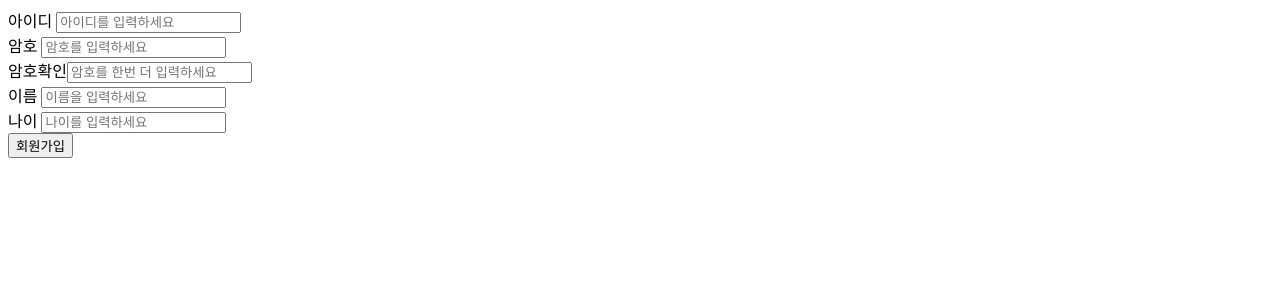
Repository: BangHoJung/jsp
Page: http://localhost/BoardProject_0105__/member/register.jsp
These files come from the project's save history. The page is drawn as it stood at one moment and after the next save; the edit follows.
The browser window is 1280 px wide. The pictures show the whole page.
The page is served by Tomcat 9. Other server files are loaded and not shown.

Above is the page before, as saved 2020-12-29 07:42:45.

### BoardProject(0105~)/WebContent/member/register.jsp
<%@ page language="java" contentType="text/html; charset=UTF-8"
    pageEncoding="UTF-8"%>
<!DOCTYPE html>
<html>
<head>
<meta charset="UTF-8">
<title>Insert title here</title>
</head>
<body>
	<!-- 아이디, 암호, 이름, 나이 입력받는 회원가입 폼 -->
	<div id="container">
		<form action="" method="post">
			<label>아이디 <input type="text" name="id" id="id" placeholder="아이디를 입력하세요"></label> <br>
			<label>암호 <input type="password" name="pass" id="pass" placeholder="암호를 입력하세요"></label><br>
			<label>암호확인<input type="password" name="pass2" id="pass2" placeholder="암호를 한번 더 입력하세요"></label><br>
			<label>이름 <input type="text" name="name" id="name" placeholder="이름을 입력하세요"></label><br>
			<label>나이 <input type="text" name="age" id="age" placeholder="나이를 입력하세요"></label><br>
			<button type="submit">회원가입</button>
		</form>
	</div>
</body>
</html>

After the next save:
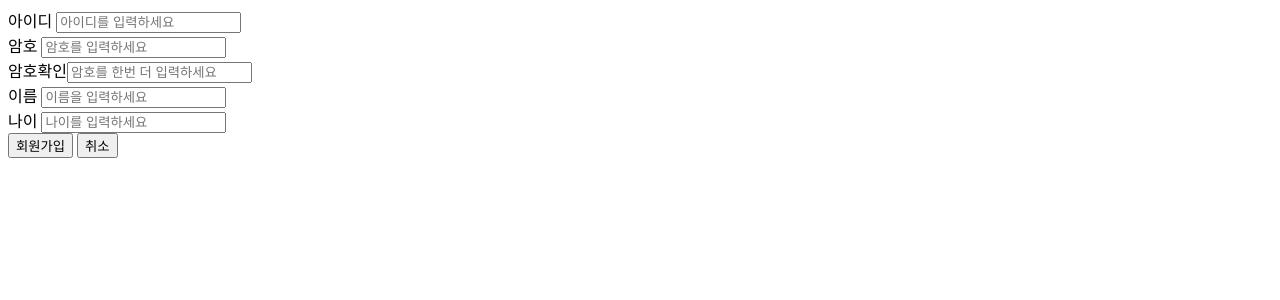
Saved 18 s later.
--- a/BoardProject(0105~)/WebContent/member/register.jsp
+++ b/BoardProject(0105~)/WebContent/member/register.jsp
@@ -16,6 +16,7 @@
 			<label>이름 <input type="text" name="name" id="name" placeholder="이름을 입력하세요"></label><br>
 			<label>나이 <input type="text" name="age" id="age" placeholder="나이를 입력하세요"></label><br>
 			<button type="submit">회원가입</button>
+			<button type="button">취소</button>
 		</form>
 	</div>
 </body>
